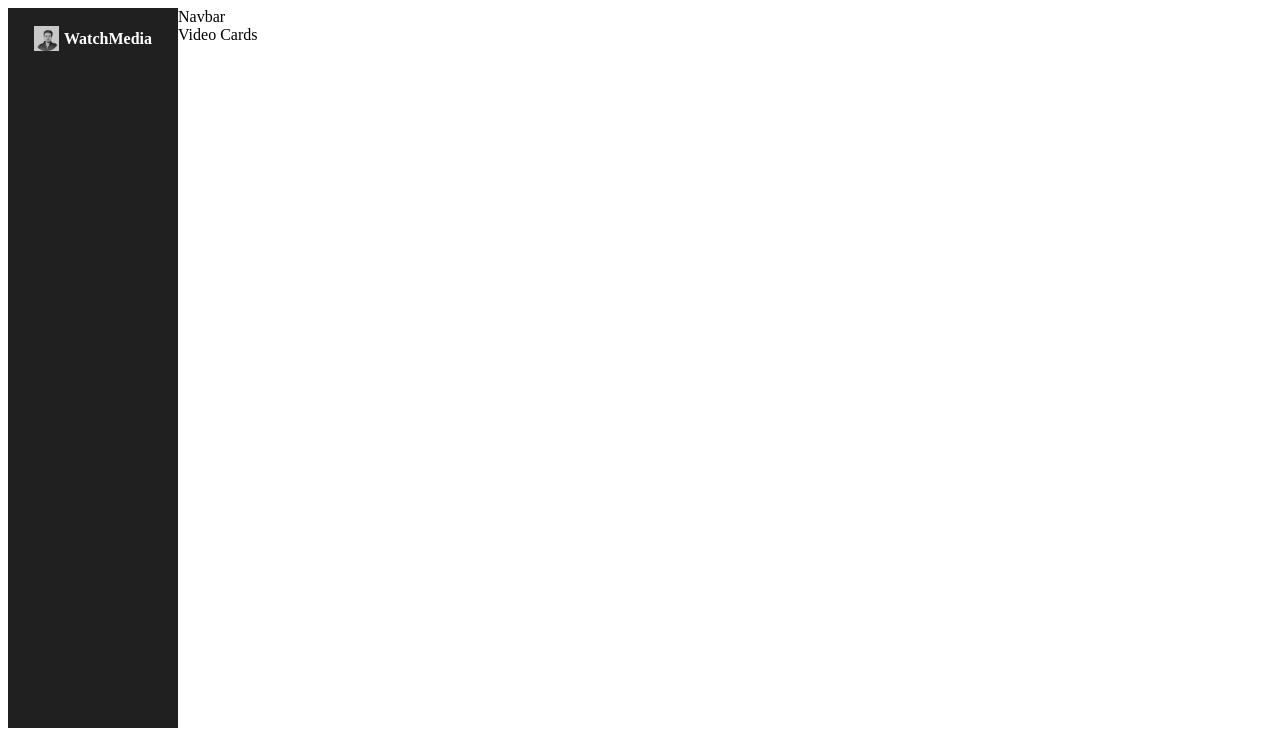
Repository: inzamamahmad3/final-year-project-skeleton
Page: /video/test
An editor plug-in stored every save of this project. The page is shown before and after the next save, followed by the edit.
The browser window is 1280 px wide. The pictures show the whole page.
The project was rebuilt for these pictures with package versions that can differ from the ones it lists, and the page was loaded fresh each time.

Above is the page before, as saved 2023-07-17 23:46:21.

### src/App.js
import styled from "styled-components";
import Menu from "./components/Menu";
import Navbar from "./components/Navbar";

const Container = styled.div`
  display: flex;
`;
const Main = styled.div`
  flex: 7;
`;
const Wrapper = styled.div``;

function App() {
  return (
    <>
      <Container>
        <Menu />
        <Main>
          <Navbar />
          <Wrapper>Video Cards</Wrapper>
        </Main>
      </Container>
    </>
  );
}

export default App;

### src/components/Menu.jsx
import React from "react";
import styled from "styled-components";
import watch from "../img/pic.png";

const Container = styled.div`
  flex: 1;
  background-color: #202020;
  height: 100vh;
  color: white;
`;

const Wrapper = styled.div`
  padding: 18px 26px;
`;

const Logo = styled.div`
  display: flex;
  align-items: center;
  gap: 5px;
  font-weight: bold;
  margin-bottom: 25px;
`;

const Img = styled.img`
  height: 25px;
`;
function Menu() {
  return (
    <Container>
      <Wrapper>
        <Logo>
          <Img src={watch} />
          WatchMedia
        </Logo>
      </Wrapper>
    </Container>
  );
}

export default Menu;

Loaded but not shown: public/index.html (common file); src/index.js (common file); src/components/Navbar.jsx (common file)

After the next save:
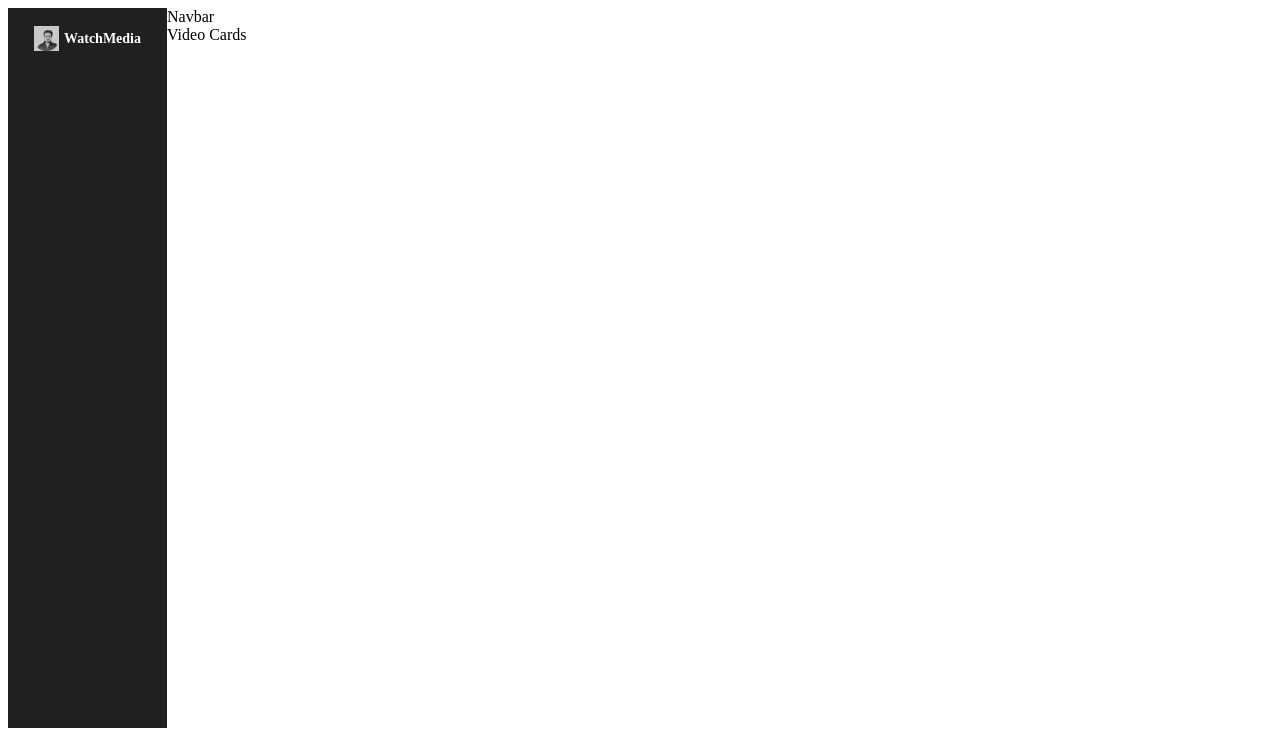
Saved 64 s later.
--- a/src/components/Menu.jsx
+++ b/src/components/Menu.jsx
@@ -7,6 +7,7 @@ const Container = styled.div`
   background-color: #202020;
   height: 100vh;
   color: white;
+  font-size: 14px;
 `;
 
 const Wrapper = styled.div`
